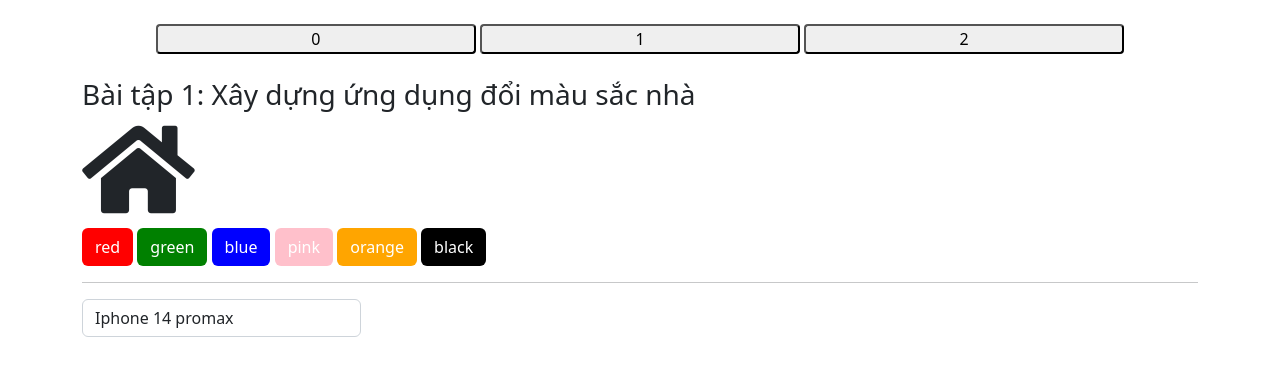
Repository: hcozyph/CyberSoft_Bai_Tap_Tren_Lop
Page: ES6/ES6_BASIC/index.html
The author's editor kept a copy of each file at every save. The page is drawn from the files as they stood at one save, then again after the next save.
The browser window is 1280 px wide. The pictures show the whole page.
Some web libraries are served in a nearby version.

Above is the page before, as saved 2023-03-22 19:59:26.

### ES6/ES6_BASIC/index.html
<!DOCTYPE html>
<html lang="en">
    <head>
        <title>ES6-BASIC</title>
        <!-- Required meta tags -->
        <meta charset="utf-8" />
        <meta
            name="viewport"
            content="width=device-width, initial-scale=1, shrink-to-fit=no"
        />

        <link
            rel="stylesheet"
            href="https://use.fontawesome.com/releases/v5.1.1/css/all.css"
            integrity="sha384-O8whS3fhG2OnA5Kas0Y9l3cfpmYjapjI0E4theH4iuMD+pLhbf6JI0jIMfYcK3yZ"
            crossorigin="anonymous"
        />
        <!-- Bootstrap CSS v5.2.1 -->
        <link
            href="https://cdn.jsdelivr.net/npm/bootstrap@5.2.1/dist/css/bootstrap.min.css"
            rel="stylesheet"
            integrity="sha384-iYQeCzEYFbKjA/T2uDLTpkwGzCiq6soy8tYaI1GyVh/UjpbCx/TYkiZhlZB6+fzT"
            crossorigin="anonymous"
        />
    </head>

    <body>
        <div class="text-center my-4">
            <button class="w-25 rounded-1">0</button>
            <button class="w-25 rounded-1">1</button>
            <button class="w-25 rounded-1">2</button>
        </div>

        <div class="container">
            <h3>Bài tập 1: Xây dựng ứng dụng đổi màu sắc nhà</h3>
            <i class="fa fa-home" id="home" style="font-size: 100px"></i>

            <div id="colors" class="mt-2">
                <button class="btn text-white" style="background-color: red">
                    Red
                </button>
            </div>
            <hr />
            <input
                type="text"
                name=""
                id="tenSP"
                value="Iphone 14 promax"
                class="form-control w-25"
            />
        </div>

        <!-- Bootstrap JavaScript Libraries -->
        <script
            src="https://cdn.jsdelivr.net/npm/@popperjs/core@2.11.6/dist/umd/popper.min.js"
            integrity="sha384-oBqDVmMz9ATKxIep9tiCxS/Z9fNfEXiDAYTujMAeBAsjFuCZSmKbSSUnQlmh/jp3"
            crossorigin="anonymous"
        ></script>

        <script
            src="https://cdn.jsdelivr.net/npm/bootstrap@5.2.1/dist/js/bootstrap.min.js"
            integrity="sha384-7VPbUDkoPSGFnVtYi0QogXtr74QeVeeIs99Qfg5YCF+TidwNdjvaKZX19NZ/e6oz"
            crossorigin="anonymous"
        ></script>
        <script type="module" src="./index.js"></script>
    </body>
</html>

### ES6/ES6_BASIC/index.js
/*-------  Cơ chế khai báo biến ------ */

/*
PHẠM VI BIẾN
- var: Hỗ trợ cơ chế hoisting, nên phạm vi biến là toàn cục

- let:
    > KHÔNG hỗ trợ cơ chế hoisting khi khai báo biến trùng tên với nhau trên cùng một scope thì browser báo lỗi.
    > Khi khai báo let ở các scope khác nhau thi giá trị sẽ phân biệt.

- const: Tương tự let, tuy nhiên giá trị không được phép gán lại.

=>>> Dùng let thay thế cho var thì khai báo biến trong ES6
*/

// var arrButton = document.querySelectorAll('button');

// for (var index = 0; index < arrButton.length; index++) {
//     let btn = arrButton[index];
//     btn.onclick = function () {
//         alert(btn.innerHTML);
//     }
// }

/*------- HÀM -------*/

//----------declaration function ----- <Hỗ trợ hoisting>
function tenHam() {
    console.log('ten ham');
}

//-----------express function ----- <Không hỗ trợ hoisting>
var showMessage = function () {
    console.log('showMessage');
}


/*
------------- CONTEXT (ngữ cảnh this) ----------------

OBJECT: trong object thì this sẽ là object.

FUNCTION: trong function đối tượng nào thực thi phương thức thì this sẽ là đối tượng đó. Nói cách khác this trong function là function đó.

DEFAULT: this là window.(Khi ngữ cảnh trồng chéo nhau). Nếu mở tính năng module của thẻ script thì sẽ báo lỗi

*/
let hoTen = 'nguyen van teo';
console.log('width:', window.innerWidth);
console.log('title:', window.document.title);
console.log('name:', window.hoTen);


// var sinhvien = {
//     ma: 1,
//     ten: 'Phuoc',
//     hienThiThongTin: function () {
//         function hienThi() {
//             console.log(this.ma);
//             console.log(this.ten);
//         }
//         hienThi();
//     }
// }
// sinhvien.hienThiThongTin();


function Product() {
    this.id = '';
    this.name = '';
    this.showInfo = function () {
        console.log('id', this.id);
        console.log('name', this.name);
    };
}

var prd1 = new Product();
prd1.id = 1;
prd1.name = 'Product A';
prd1.showInfo();

var prd2 = new Product();
prd2.id = 2;
prd2.name = 'Product B';
prd2.showInfo();


/*----------- ARROW FUNCTION  ------------*/

/* Arrow function là cách khai báo hàm với cú pháp '=>'
    + Khai báo hàm ngắn gọn hơn:
        + Đối với hàm chỉ có 1 tham số thì sẽ không cẩn () cho tham số. VD: (title) => {} tương đương title => {}
        + Đối với hàm chỉ có 1 lệnh return thì sẽ không cần ghi chữ return và {}. Ví dụ (a,b)=> {return a+b;} tương đương (a,b) => a+b

    + Loại bỏ được ngữ cảnh (this)
    + Không dùng cho việc khai báo Prototype và cũng không hỗ trợ hoisting => dùng cho mục đích khai báo hàm( hàm không phụ thuộc vào prototype)
*/

var showInfoProduct = () => {
    console.log('Hello hcozyph bc43');
    console.log(this);
}
// var prd = new showInfoProduct();'

var sayHello = (name) => {
    return 'hello' + name;
}

var sayHelloArrow = name => `hello ${name}`;

/* -----------BÀI TẬP ----------------- */
let arrColors = ['red', 'green', 'blue', 'pink', 'orange', 'black'];


////Cách 1: tạo ra các button bằng DOM => append lên ui
// let renderButton = () => {
//     for (let index = 0; index < arrColors.length; index++) {
//         let color = arrColors[index];
//         //Tạo button
//         let btn = document.createElement('button');
//         btn.className = 'btn';
//         btn.style.background = color;
//         btn.innerHTML = color;
//         btn.onclick = function () {
//             document.getElementById('home').style.color = color;
//         }
//         document.getElementById('colors').appendChild(btn);
//     }
// }


////Cách 2:
let renderButton = (array) => {
    let htmlString = '';
    for (var index = 0; index < array.length; index++) {
        let color = array[index];
        htmlString += `
            <button class="btn text-white" style="background-color: ${color}" onclick="changeColor('${color}')">${color}</button>
        `
    }
    console.log(htmlString);
    document.querySelector('#colors').innerHTML = htmlString;
}
renderButton(arrColors);


/* !!!! CHÚ Ý: nếu dòng 147 dùng "let changeColor = (color) {}" thì sẽ bị lỗi vì let k hỗ trợ hoisting => phải dùng window.changeColor  */
window.changeColor = (color) => {
    // console.log(color);
    document.querySelector('#home').style.color = color;
}

///------------DEFAULT PARAMETER VALUES------
var getUserInfo = (name = 'Mị', age = 18) => {
    if (age > 0 && age < 30) {
        console.log(`${name} còn trẻ ${name} muốn đi chơi !`)
    }
}
getUserInfo('Nam', 19);


///----------- REST PARAMETER --------------
function tinhTong(...arrSo) {
    switch (arrSo.length) {
        case 2: {
            console.log('Tổng =', arrSo[0] + arrSo[1]);
        }; break;
        case 3: {
            console.log('Tổng =', arrSo[0] + arrSo[1] + arrSo[2]);
        }; break;
        default: {
            console.log('Tham số không hợp lệ');
        }
    }
}
tinhTong(2, 3);
tinhTong(2, 3, 5);
tinhTong(2, 3, 5, 4);



////------SPREAD OPERATOR ----- dùng để sao chép giá trị của OBJECT hoặc ARRAY

let number1 = 5;
let number2 = number1;
number2 = 10;

console.log('number1', number1)
console.log('number2', number2)


let arr1 = [1, 2, 3, 4, 5];
let arr2 = [...arr1, 6];
console.log('arr1', arr1);
console.log('arr2', arr2);


////-----DESTRUCTURING------------ dùng để bóc tách phần tử trong mảng hoặc object
let prod10 = {
    id: 5,
    name: 'Iphone',
    price: 1000,
    showInfo: function () {
        console.log('showInfo');
        console.log('giá tiền', this.price)
    }
}

//es5
//let id = prod10.id

//es6
let { id: maSO, name, showInfo, ...restProd } = prod10;
showInfo.bind(prod10)(); //---> cho biết showInfo là cái gì
console.log(maSO);

function main() {
    return function () {
        console.log('abc');
    }
}
//main() //1
//main() //1
//main()()


////- DESTRUCTURING FOR ARRAY

let [idProd, nameProd, priceProd, showInfoProd] = [5, 'iphone', 1000,
    function () {
        console.log('Gía tiền', thongTinSP[2]);
    }]

console.log('Tên SP', nameProd);



////- TEMPLATE STRING ``


////- OBJECT LITERAL: sử dụng tên biến làm tên thuộc tính ---

let tenLopHoc = 'CyberSoft BC43';
let maLop = 'BC43';

let lopHoc = {
    maLop,
    tenLopHoc
}

console.log('lopHoc', lopHoc);


let hocSinh = {
    ['mã học viên']: 'BCSV001',
}

console.log(hocSinh['mã học viên']);


var tagInput = document.getElementById('tenSP')
let sanPham = {
    [tagInput.id]: tagInput.ariaValueMax,
}
console.log(sanPham);

/*
    for in:

    for of:
*/
let arrProduct = [
    { id: 1, name: 'Galaxy note 8', price: 1000 },
    { id: 2, name: 'Galaxy note 9', price: 1000 },
    { id: 3, name: 'Galaxy note 10', price: 1000 },
]
//console.log tất cả sản phẩm trong mảng arrProduct
for (let phone of arrProduct) {
    console.log(phone);
}

After the next save:
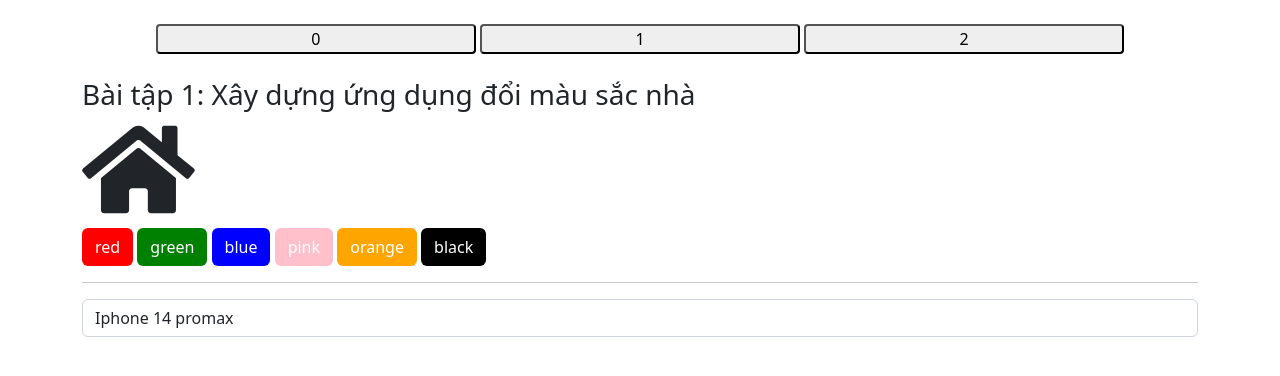
Saved 6 s later.
--- a/ES6/ES6_BASIC/index.html
+++ b/ES6/ES6_BASIC/index.html
@@ -46,7 +46,7 @@
                 name=""
                 id="tenSP"
                 value="Iphone 14 promax"
-                class="form-control w-25"
+                class="form-control"
             />
         </div>
 
